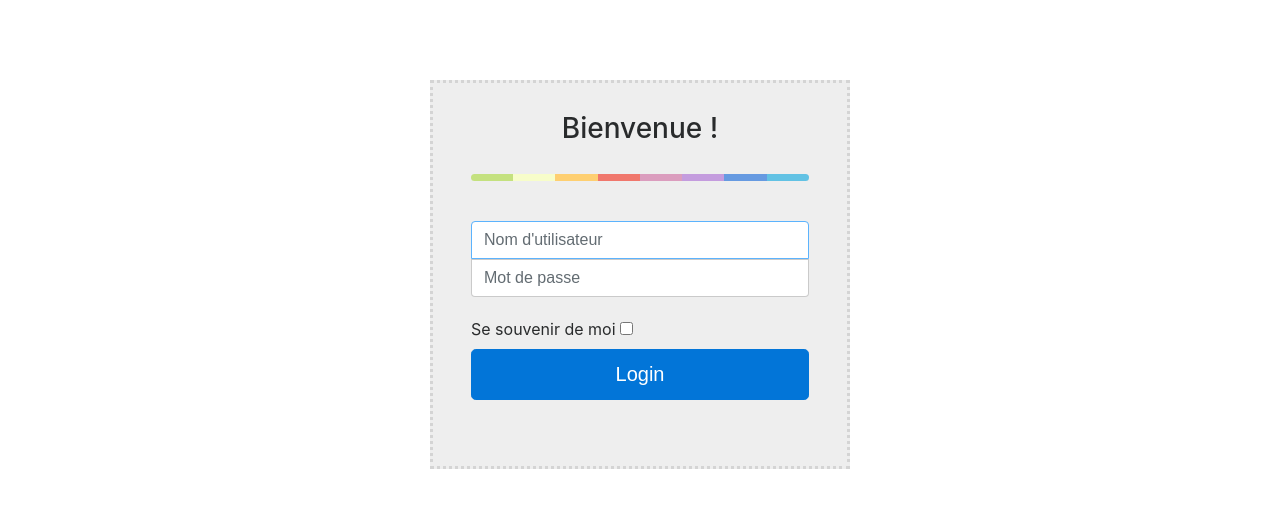
Repository: vmele/Cote
Page: http://localhost/PPE4_VMELE/ConnexionServlet
The author's editor kept a copy of each file at every save. The page is drawn from the files as they stood at one save, then again after the next save.
The browser window is 1280 px wide. The pictures show the whole page.
The page is served by Tomcat 9.

Above is the page before, as saved 2017-05-31 17:01:04.
Console error (its wording comes from the project's code and is left out).

After the next save:
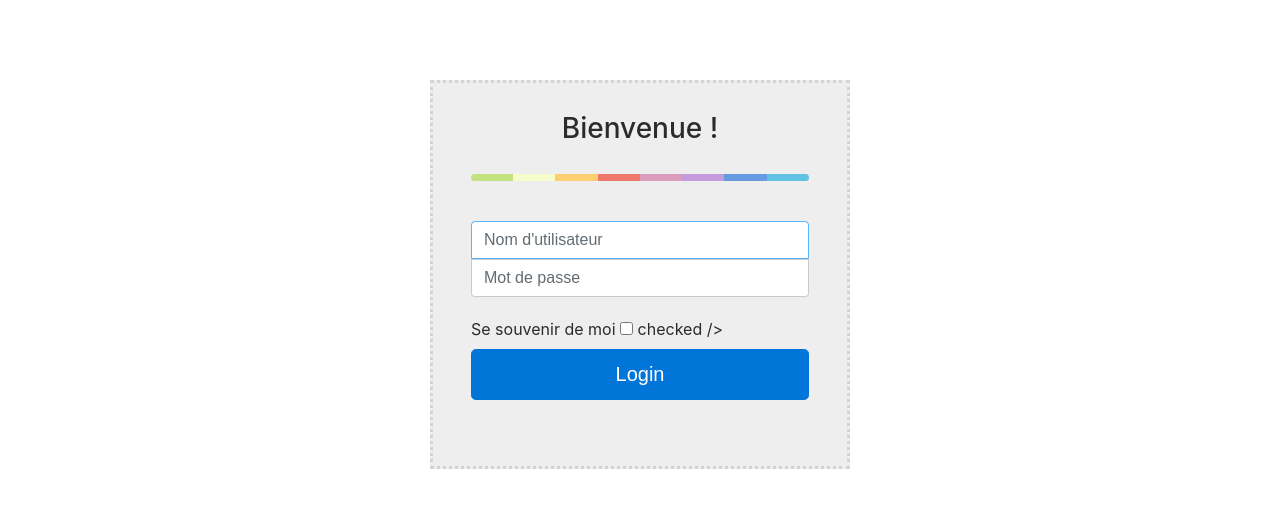
Saved 2 min 32 s later.
--- a/Workspace/PPE4_VMELE/WebContent/index.jsp
+++ b/Workspace/PPE4_VMELE/WebContent/index.jsp
@@ -56,10 +56,13 @@
 					class="form-control" name="PASSWORD" id="PASSWORD" value="${MDP}"
 					placeholder="Mot de passe" required="" />
 
-					<label class="text-center" for="MEMOIRE">Se
-					souvenir de moi</label> <input type="checkbox" id="MEMOIRE" name="MEMOIRE">
-				<c:if test="${MEMOIRE eq'OK'}">
-				</c:if>
+					<label for="MEMOIRE">Se
+					souvenir de moi</label>
+					<input type="checkbox" id="MEMOIRE"
+								name="MEMOIRE"
+								<c:if test="${MEMOIRE eq'OK'}">
+									checked
+								</c:if> />
 
 				<button class="btn btn-lg btn-primary btn-block" name="Submit"
 					value="Login" type="Submit">Login</button>

After the save that followed:
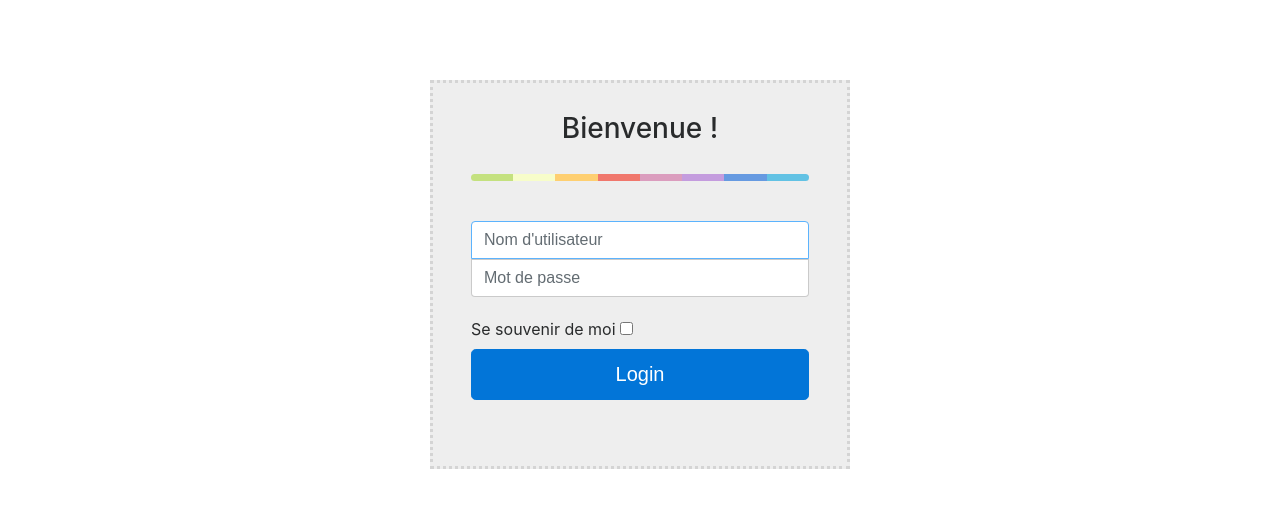
Saved 13 s later.
--- a/Workspace/PPE4_VMELE/WebContent/index.jsp
+++ b/Workspace/PPE4_VMELE/WebContent/index.jsp
@@ -61,9 +61,7 @@
 					<input type="checkbox" id="MEMOIRE"
 								name="MEMOIRE"
 								<c:if test="${MEMOIRE eq'OK'}">
-									checked
-								</c:if> />
-
+								</c:if>
 				<button class="btn btn-lg btn-primary btn-block" name="Submit"
 					value="Login" type="Submit">Login</button>
 			</form>
